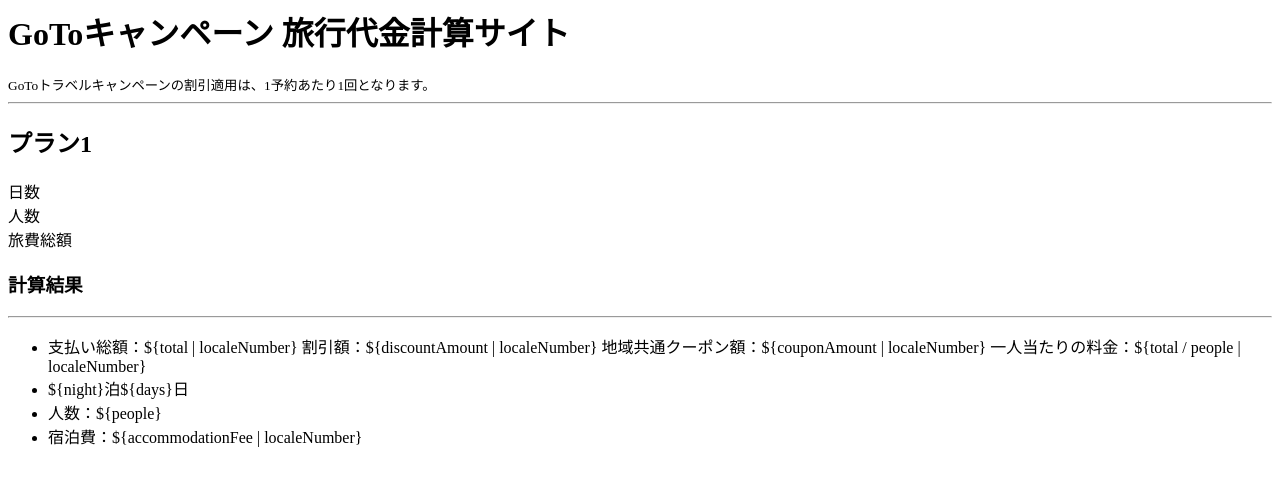
Repository: Ischca/ischca.github.io
Page: src/my-app.html
These files come from the project's save history. The page is drawn as it stood at one moment and after the next save; the edit follows.
The browser window is 1280 px wide. The pictures show the whole page.

Above is the page before, as saved 2020-10-02 18:22:46.

After the next save:
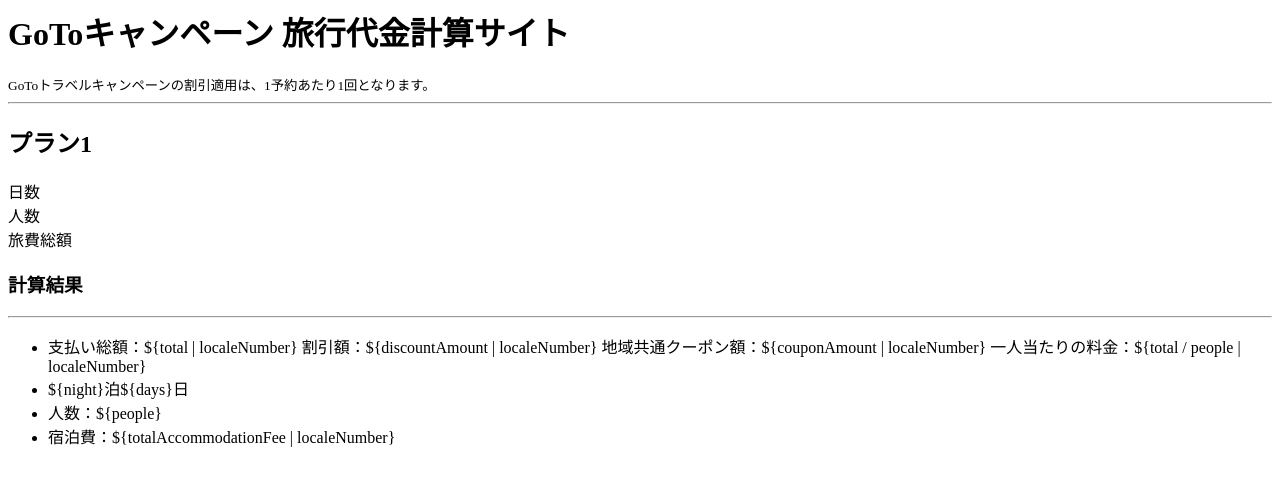
Saved 76 s later.
--- a/src/my-app.html
+++ b/src/my-app.html
@@ -37,7 +37,7 @@
     <div class="row">
         <label for="staticEmail" class="offset-sm-4 col-sm-1 col-form-label font-weight-bold">旅費総額</label>
         <div class="col-sm-2">
-            <num-selector num.bind="accommodationFee" max.bind="10000000" suffix.bind="'円'"></num-selector>
+            <num-selector num.bind="totalAccommodationFee" max.bind="10000000" suffix.bind="'円'"></num-selector>
         </div>
     </div>
 
@@ -67,7 +67,7 @@
                 人数：${people}
             </li>
             <li class="list-group-item">
-                宿泊費：${accommodationFee | localeNumber}
+                宿泊費：${totalAccommodationFee | localeNumber}
             </li>
             <!-- <li class="list-group-item">
                 交通費：${transportFee | localeNumber}
